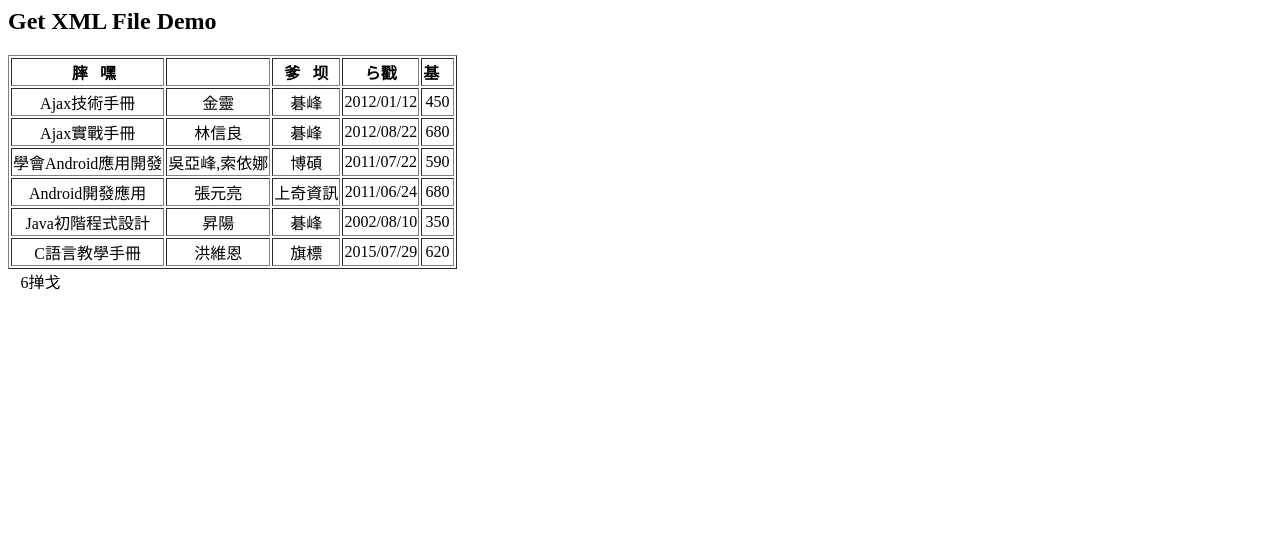
Repository: milkyeway/Ajax
Page: Ajax/src/main/webapp/m04/Fetchjson.html
The author's editor kept a copy of each file at every save. The page is drawn from the files as they stood at one save, then again after the next save.
The browser window is 1280 px wide. The pictures show the whole page.

Above is the page before, as saved 2022-03-28 02:48:14.
Console error: TypeError: Cannot read properties of null (reading 'getElementsByTagName')

### Ajax/src/main/webapp/m04/Fetchjson.html
<h2>Get XML File Demo</h2>
<table border="1" id="demo"></table>
<style>
	th,td{
		text-align: center;
	}
</style>
<script>
	var xhttp = new XMLHttpRequest();
	xhttp.onreadystatechange = function() {
		var xmlDoc = xhttp.responseXML;
		var txt = "<tr><th>膟嘿<th><th>爹坝<th>ら戳<th>基";
		var books = xmlDoc.getElementsByTagName("book");
		for (let i = 0; i < books.length; i++) {
			txt += "<tr>";
			titles = books[i].getElementsByTagName("title");
			txt += "<td>" + titles[0].firstChild.nodeValue;
			authors = books[i].getElementsByTagName("author");
			txt += "<td>" + authors[0].firstChild.nodeValue;
			publishers = books[i].getElementsByTagName("publisher");
			txt += "<td>" + publishers[0].firstChild.nodeValue;
			publishDates = books[i].getElementsByTagName("publishDate");
			txt += "<td>" + publishDates[0].firstChild.nodeValue;
			prices = books[i].getElementsByTagName("price");
			txt += "<td>" + prices[0].firstChild.nodeValue;
		}
		document.getElementById("demo").innerHTML = txt;
		var body = document.querySelector("body");
		var div = document.createElement("div");
		body.appendChild(div);
		div.innerHTML = "" + books.length + "掸戈";
	}

	xhttp.open("GET", "../res/book1.xml", true);
	xhttp.send();
</script>

After the next save:
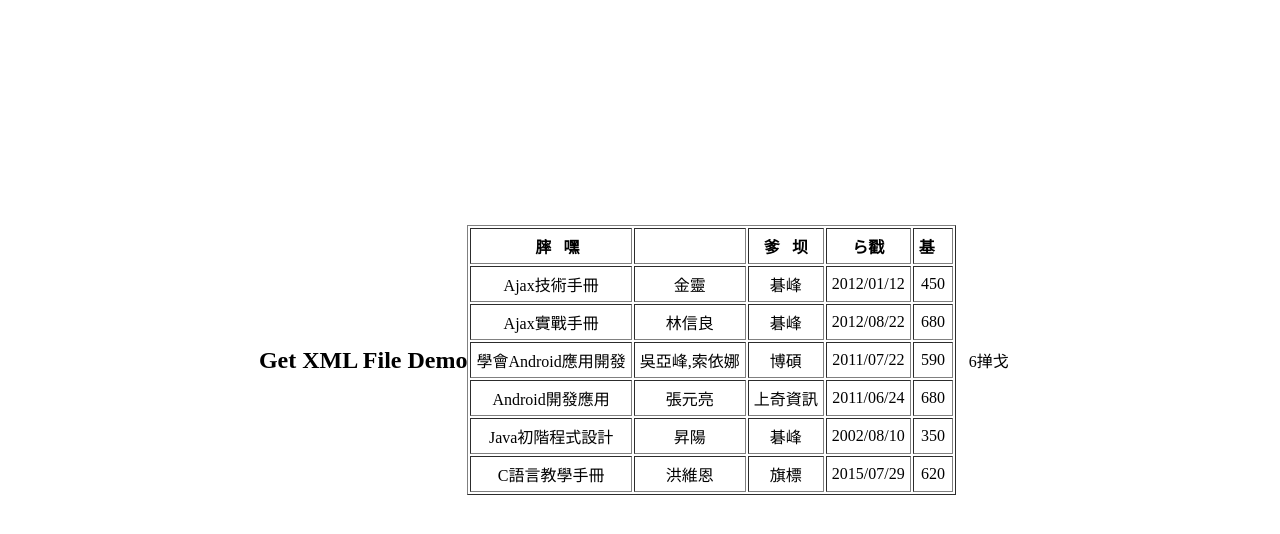
Saved 63 s later.
--- a/Ajax/src/main/webapp/m04/Fetchjson.html
+++ b/Ajax/src/main/webapp/m04/Fetchjson.html
@@ -1,9 +1,16 @@
 <h2>Get XML File Demo</h2>
 <table border="1" id="demo"></table>
 <style>
-	th,td{
-		text-align: center;
-	}
+body {
+	display: flex;
+	justify-content: center;
+	align-items: center;
+}
+
+th, td {
+	text-align: center;
+	padding: 5px;
+}
 </style>
 <script>
 	var xhttp = new XMLHttpRequest();
